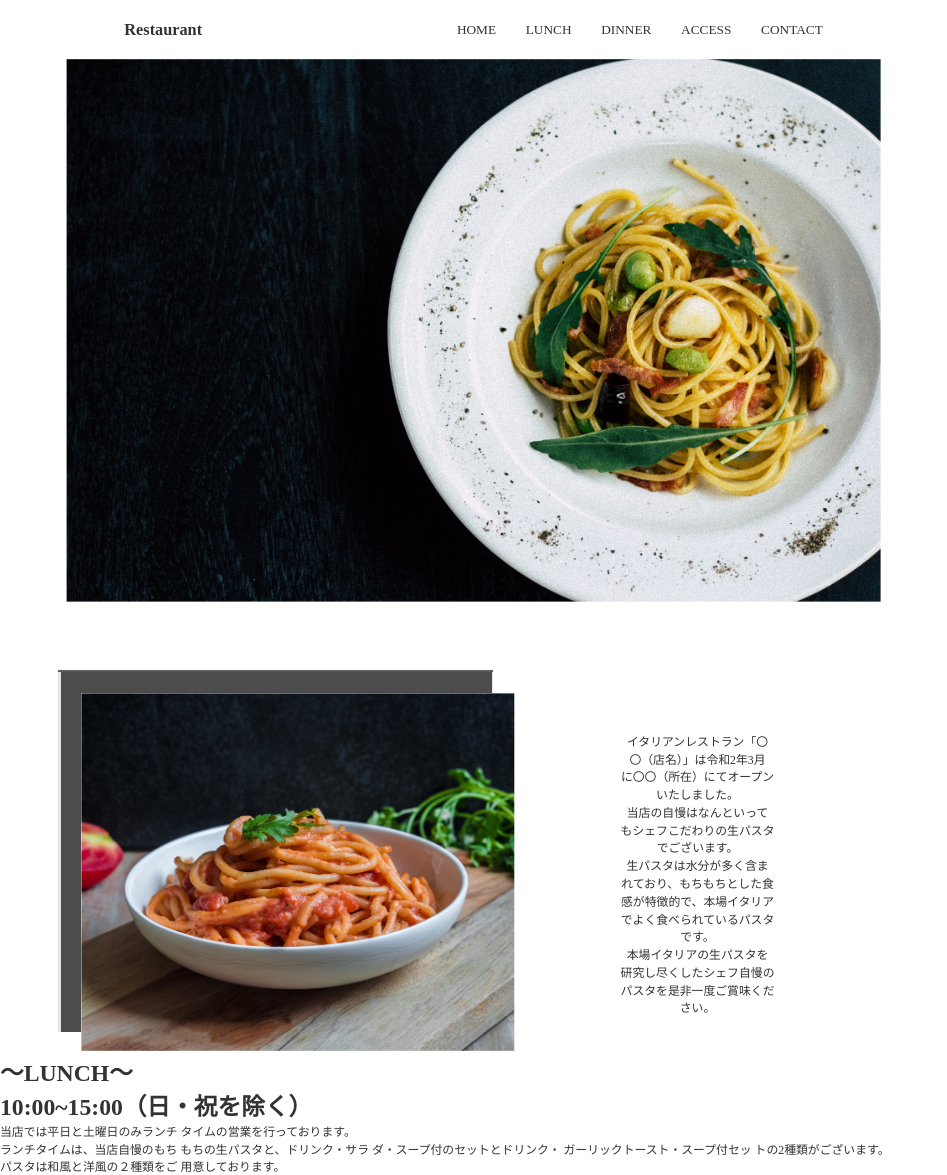
Repository: konatsu-0806/demo-site
Page: FromFigma/index.html
The author's editor kept a copy of each file at every save. The page is drawn from the files as they stood at one save, then again after a run of saves.
The browser window is 1280 px wide. The pictures show the whole page, at 74% of full size.

Above is the page before, as saved 2023-02-08 17:32:48.

### FromFigma/index.html
<!DOCTYPE html>
<html lang="ja">

<head>
  <meta charset="UTF-8">
  <meta name="viewport" content="width=device-width, initial-scale=1.0">
  <meta http-equiv="X-UA-Compatible" content="ie=edge">
  <link rel="stylesheet" href="css/style.css">
  <title>demosite</title>
</head>

<body>
  <header class="header_bg">
    <div class="header_contents">
      <h1>Restaurant</h1>
      <div class="responsive_btn">
        <div class="menu_line"></div>
        <div class="menu_line"></div>
        <div class="menu_line"></div>
      </div>
      <nav class="header_nav">
        <ul class="header_nav_lists">
          <li><a class="nav_link" href="">HOME</a></li>
          <li><a class="nav_link" href="">LUNCH</a></li>
          <li><a class="nav_link" href="">DINNER</a></li>
          <li><a class="nav_link" href="">ACCESS</a></li>
          <li><a class="nav_link" href="">CONTACT</a></li>
        </ul>
      </nav>
    </div>
  </header>
  <script src="js/master.js"></script>

  <div class="main_visual">
   <img src="img/mgg-vitchakorn-98Xi5vMGKck-unsplash.jpg" alt="">
  </div>

  <div class="intro_bg">
    <div class="intro_contents">
        <div class="intro_img">
            <img src="img/pratik-gupta-gyt0s3wR1YM-unsplash.jpg" alt="">
        </div>
        <div class="intro_sentence">
            <p class="text-center">
              イタリアンレストラン「〇<br />
              〇（店名）」は令和2年3月<br />
              に〇〇（所在）にてオープン<br />
              いたしました。
            </p>
            <p class="text-center">
              当店の自慢はなんといって<br />
              もシェフこだわりの生パスタ<br />
              でございます。<br />
            </p>
            <p class="text-center">
              生パスタは水分が多く含ま<br />
              れており、もちもちとした食<br />
              感が特徴的で、本場イタリア<br />
              でよく食べられているパスタ<br />
              です。
            </p>
            <p class="text-center">
              本場イタリアの生パスタを<br />
              研究し尽くしたシェフ自慢の<br />
              パスタを是非一度ご賞味くだ<br />
              さい。
            </p>
        </div>
    </div>
</div>

<div class="lunch">
  <div class="triangle"></div>
  <div class="lunch_contents">
    <div class="lunch_intro">
      <h1>～LUNCH～<br />
        10:00~15:00（日・祝を除く）<br />
      </h1>
      <p>当店では平日と土曜日のみランチ
        タイムの営業を行っております。
      </p>
      <p>ランチタイムは、当店自慢のもち
        もちの生パスタと、ドリンク・サラ
        ダ・スープ付のセットとドリンク・
        ガーリックトースト・スープ付セッ
        トの2種類がございます。
      </p>
      <p>パスタは和風と洋風の２種類をご
        用意しております。
      </p>
    </div>
  </div>
</div>
</body>

</html>

### FromFigma/css/style.css
/* Reset style */
* {
    margin: 0;
    padding: 0;
    box-sizing: border-box;
    list-style: none;
    text-decoration: none;
    color: #333;
}

/* Normal header style */
.header_bg {
    width: 100%;
    height: 80px;
}

.header_contents {
    width: 100%;
    max-width: 1024px;
    height: 100%;
    margin: 0 auto;
    display: flex;
    justify-content: space-between;
    align-items: center;
}

.header_contents h1 {
    font-size: 22px;
    margin: 0 0 0 40px;
}

.header_nav_lists {
    display: flex;
}

.header_nav_lists li {
    margin: 0 40px 0 0;
}

.nav_link {
    font-size: 18px;
}

/* Responsive menu button */
.responsive_btn {
    display: none;
    flex-direction: column;
    align-items: center;
    justify-content: center;
    width: 32px;
    height: 32px;
    margin: 0 40px 0 0;
    cursor: pointer;
    position: relative;
    z-index: 10;
}

.menu_line {
    background-color: #333;
    border-radius: 5px;
    width: 100%;
    height: 5px;
    margin: 4px 0;
}

/* Reaponsive style */
@media screen and (max-width: 768px) {
    .responsive_btn {
        display: flex;
    }

    .header_bg {
        position: relative;
    }

    .header_nav {
        background-color: white;
        width: 100%;
        height: 100vh;
        padding: 80px 0 0 0;
        position: absolute;
        top: 0;
        right: -100%;
        transition: .5s;
    }

    .header_nav_lists {
        display: block;
        text-align: center;
    }

    .header_nav_lists li {
        margin: 0 0 40px;
        text-align: center;
    }

    .nav_link {
        font-size: 20px;
    }
}

/* js function "menuToggle" starting only */
.menu_active {
    right: 0;
  }

/* 1st pic */
img {
    width: 100%;
}

.main_visual {
    padding: 0 50px;
    margin: auto;
    max-width: 1200px;
}

/* contents */
.intro_bg {
    width: 100%;
    max-width: 1200px;
    margin: auto;
    padding: 120px 50px 0px 70px;
}
.contents img {
    width: 100%;
}
.text-center {
    text-align: center;
}
.intro_contents {
    display: flex;
}
.intro_img {
    width: 55%;
    margin: auto;
    box-shadow: -30px -30px 1px 1px rgba(0, 0, 0, 0.7);
}
.intro_sentence {
    width: 45%;
    margin: auto .5rem;
}
@media screen and (max-width: 767px) {
    .intro_contents {
        display: block;
    }
    .intro_contents .intro_img {
        width: 100%;
        margin: 0 auto;
    }
    .intro_contents .intro_sentence {
        width: 100%;
        margin: 0 auto;
    }
}

### FromFigma/js/master.js
const responsive_menu_btn = document.querySelector('.responsive_btn');
responsive_menu_btn.addEventListener('click', menuToggle);

function menuToggle() {
  const header_menu_detail = document.querySelector('.header_nav');
  header_menu_detail.classList.toggle('menu_active');
}

After the next 4 saves:
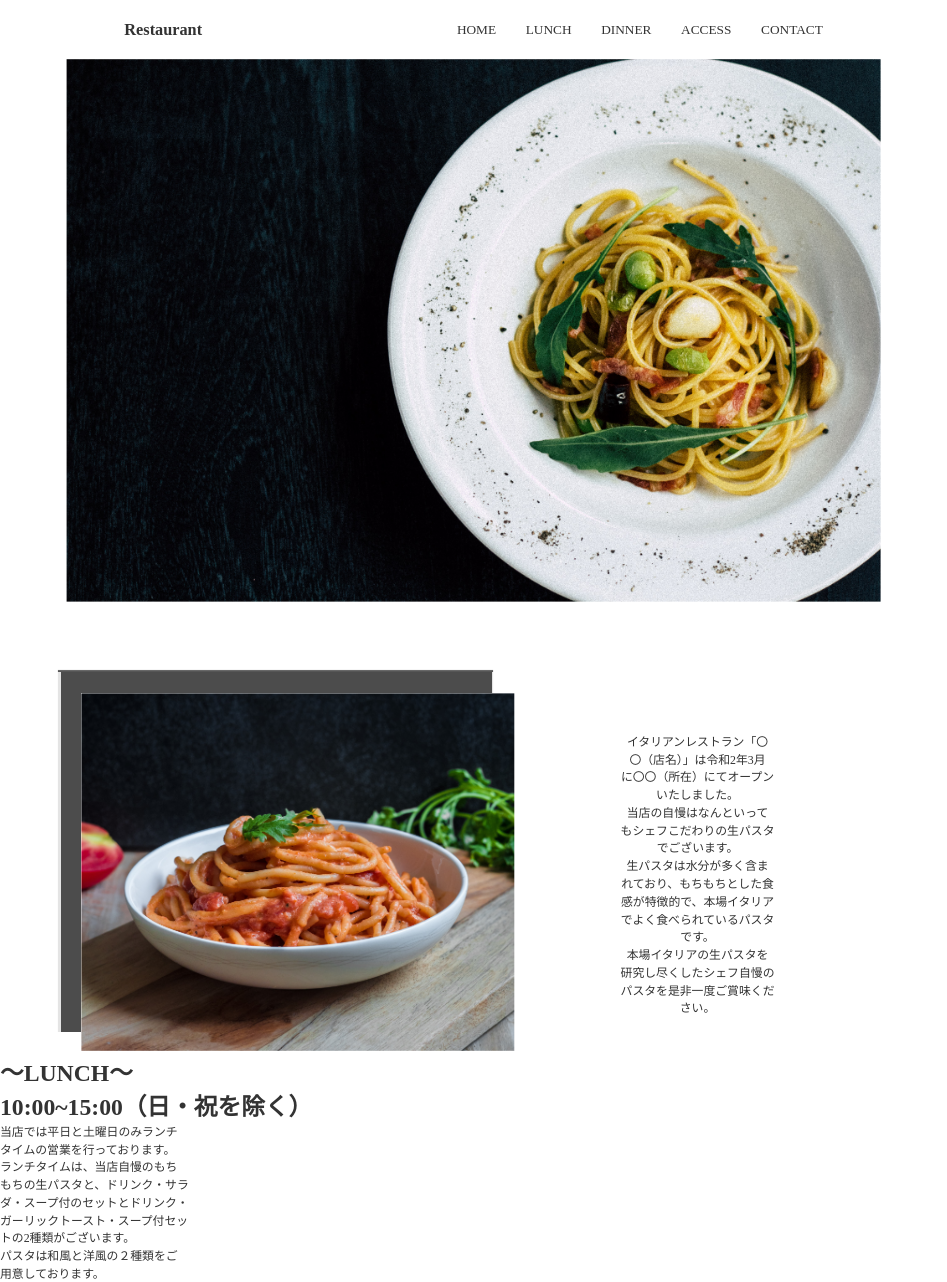
The 4 saves are shown as one change because they came seconds apart.
The last was saved 17 s later.
--- a/FromFigma/index.html
+++ b/FromFigma/index.html
@@ -76,17 +76,17 @@
       <h1>～LUNCH～<br />
         10:00~15:00（日・祝を除く）<br />
       </h1>
-      <p>当店では平日と土曜日のみランチ
-        タイムの営業を行っております。
+      <p>当店では平日と土曜日のみランチ<br />
+        タイムの営業を行っております。<br />
       </p>
-      <p>ランチタイムは、当店自慢のもち
-        もちの生パスタと、ドリンク・サラ
-        ダ・スープ付のセットとドリンク・
-        ガーリックトースト・スープ付セッ
-        トの2種類がございます。
+      <p>ランチタイムは、当店自慢のもち<br />
+        もちの生パスタと、ドリンク・サラ<br />
+        ダ・スープ付のセットとドリンク・<br />
+        ガーリックトースト・スープ付セッ<br />
+        トの2種類がございます。<br />
       </p>
-      <p>パスタは和風と洋風の２種類をご
-        用意しております。
+      <p>パスタは和風と洋風の２種類をご<br />
+        用意しております。<br />
       </p>
     </div>
   </div>
